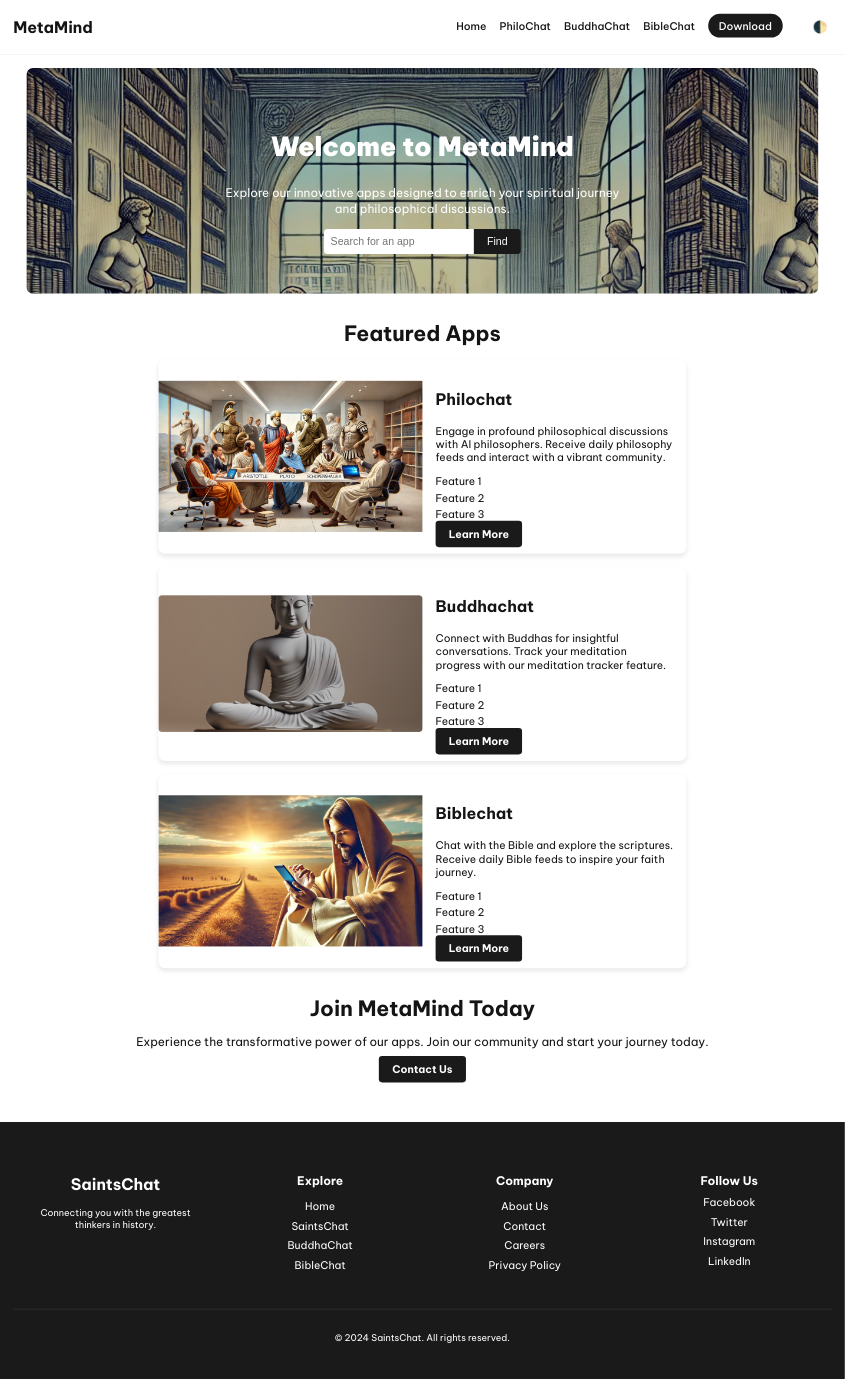
Repository: HSfac/EthosMindWeb
Page: /
An editor plug-in stored every save of this project. The page is shown before and after the next save, followed by the edit.
The browser window is 1280 px wide. The pictures show the whole page, at 66% of full size.
The project was rebuilt for these pictures with package versions that can differ from the ones it lists, and the page was loaded fresh each time. Also part of the build but not shown: src/pages/SaintsChat.css, src/pages/SaintsChat.jsx, src/pages/BuddhaChat.css, src/pages/BuddhaChat.jsx, src/pages/BibleChat.css, src/pages/BibleChat.jsx, src/pages/Download.css, src/pages/Download.jsx.

Above is the page before, as saved 2024-07-21 20:02:44.

### src/index.css
@import url('https://fonts.googleapis.com/css2?display=swap&family=Be+Vietnam+Pro:wght@400;500;700;900&family=Noto+Sans:wght@400;500;700;900');

body {
  font-family: "Be Vietnam Pro", "Noto Sans", sans-serif;
  margin: 0;
  padding: 0;
  box-sizing: border-box;
}

### src/App.jsx
import React from 'react';
import { BrowserRouter as Router, Route, Routes } from 'react-router-dom';
import Home from './pages/Home.jsx';
import SaintsChat from './pages/SaintsChat.jsx';
import BuddhaChat from './pages/BuddhaChat.jsx';
import BibleChat from './pages/BibleChat.jsx';
import Download from './pages/Download.jsx'; // Download 페이지를 추가합니다.
import Header from './components/Header.jsx';
import Footer from './components/Footer.jsx';

function App() {
  return (
    <Router>
      <Header />
      <Routes>
        <Route path="/" element={<Home />} />
        <Route path="/saintschat" element={<SaintsChat />} />
        <Route path="/buddhachats" element={<BuddhaChat />} />
        <Route path="/biblechats" element={<BibleChat />} />
        <Route path="/download" element={<Download />} /> {/* Download 페이지를 추가합니다. */}
      </Routes>
      <Footer />
    </Router>
  );
}

export default App;

### src/pages/Home.jsx
import React from 'react';
import './Home.css';
import { Link } from 'react-router-dom';
import heroImage from '../assets/images/hero-image.png';
import philochatScreenshot from '../assets/images/ph-image-dl.png';
import buddhachatScreenshot from '../assets/images/buddha-hero-image.png';
import biblechatScreenshot from '../assets/images/jesus-image-dl.png';

function Home() {
  return (
    <main className="home-main">
      {/* Hero Section */}
      <section className="home-hero" style={{ backgroundImage: `url(${heroImage})` }}>
        <div className="home-hero-content">
          <h1 className="home-hero-title">Welcome to MetaMind</h1>
          <p className="home-hero-description">Explore our innovative apps designed to enrich your spiritual journey and philosophical discussions.</p>
          <div className="home-hero-search">
            <input type="text" placeholder="Search for an app" />
            <button>Find</button>
          </div>
        </div>
      </section>

      {/* App Introduction Section */}
      <section id="home-app-introduction" className="home-app-introduction">
        <h2 className="home-section-title">Featured Apps</h2>
        <div className="home-app-cards">
          <div className="home-app-card">
            <img src={philochatScreenshot} alt="Philochat App Screenshot" className="home-app-image" />
            <div className="home-app-info">
              <h3 className="home-app-title">Philochat</h3>
              <p className="home-app-description">Engage in profound philosophical discussions with AI philosophers. Receive daily philosophy feeds and interact with a vibrant community.</p>
              <ul className="home-app-features">
                <li>Feature 1</li>
                <li>Feature 2</li>
                <li>Feature 3</li>
              </ul>
              <Link to="/saintschat" className="home-learn-more-button">Learn More</Link>
            </div>
          </div>

          <div className="home-app-card">
            <img src={buddhachatScreenshot} alt="Buddhachat App Screenshot" className="home-app-image" />
            <div className="home-app-info">
              <h3 className="home-app-title">Buddhachat</h3>
              <p className="home-app-description">Connect with Buddhas for insightful conversations. Track your meditation progress with our meditation tracker feature.</p>
              <ul className="home-app-features">
                <li>Feature 1</li>
                <li>Feature 2</li>
                <li>Feature 3</li>
              </ul>
              <Link to="/buddhachats" className="home-learn-more-button">Learn More</Link>
            </div>
          </div>

          <div className="home-app-card">
            <img src={biblechatScreenshot} alt="Biblechat App Screenshot" className="home-app-image" />
            <div className="home-app-info">
              <h3 className="home-app-title">Biblechat</h3>
              <p className="home-app-description">Chat with the Bible and explore the scriptures. Receive daily Bible feeds to inspire your faith journey.</p>
              <ul className="home-app-features">
                <li>Feature 1</li>
                <li>Feature 2</li>
                <li>Feature 3</li>
              </ul>
              <Link to="/biblechats" className="home-learn-more-button">Learn More</Link>
            </div>
          </div>
        </div>
      </section>

      {/* Call to Action Section */}
      <section className="home-cta-section">
        <h2 className="home-cta-title">Join MetaMind Today</h2>
        <p className="home-cta-description">Experience the transformative power of our apps. Join our community and start your journey today.</p>
        <div className="home-cta-buttons">
          <Link to="/contact" className="home-cta-button">Contact Us</Link>
        </div>
      </section>
    </main>
  );
}

export default Home;

### src/components/Header.jsx
import React from 'react';
import { Link } from 'react-router-dom';
import './Header.css';

function Header() {
  return (
    <header className="header">
      <h1 className="header-title">MetaMind</h1>
      <nav className="nav">
        <ul className="nav-list">
          <li className="nav-item"><Link to="/">Home</Link></li>
          <li className="nav-item"><Link to="/saintschat">PhiloChat</Link></li>
          <li className="nav-item"><Link to="/buddhachats">BuddhaChat</Link></li>
          <li className="nav-item"><Link to="/biblechats">BibleChat</Link></li>
          <li className="nav-item header-download-button"><Link to="/download">Download</Link></li>
          <li className="nav-item"><button className="toggle-button" onClick={() => document.body.classList.toggle('dark-mode')}>🌓</button></li>
        </ul>
      </nav>
    </header>
  );
}

export default Header;

### src/components/Footer.jsx
import React from 'react';
import { Link } from 'react-router-dom';
import './Footer.css';

function Footer() {
  return (
    <footer className="footer">
      <div className="footer-content">
        <div className="footer-section">
          <h2 className="footer-title">SaintsChat</h2>
          <p className="footer-description">Connecting you with the greatest thinkers in history.</p>
        </div>
        <div className="footer-section">
          <h3 className="footer-subtitle">Explore</h3>
          <ul className="footer-links">
            <li><Link to="/">Home</Link></li>
            <li><Link to="/saintschat">SaintsChat</Link></li>
            <li><Link to="/buddhachats">BuddhaChat</Link></li>
            <li><Link to="/biblechats">BibleChat</Link></li>
          </ul>
        </div>
        <div className="footer-section">
          <h3 className="footer-subtitle">Company</h3>
          <ul className="footer-links">
            <li><Link to="/about">About Us</Link></li>
            <li><Link to="/contact">Contact</Link></li>
            <li><Link to="/careers">Careers</Link></li>
            <li><Link to="/privacy">Privacy Policy</Link></li>
          </ul>
        </div>
        <div className="footer-section">
          <h3 className="footer-subtitle">Follow Us</h3>
          <div className="footer-social">
            <a href="https://facebook.com" target="_blank" rel="noopener noreferrer">Facebook</a>
            <a href="https://twitter.com" target="_blank" rel="noopener noreferrer">Twitter</a>
            <a href="https://instagram.com" target="_blank" rel="noopener noreferrer">Instagram</a>
            <a href="https://linkedin.com" target="_blank" rel="noopener noreferrer">LinkedIn</a>
          </div>
        </div>
      </div>
      <div className="footer-bottom">
        <p>&copy; 2024 SaintsChat. All rights reserved.</p>
      </div>
    </footer>
  );
}

export default Footer;

### src/pages/Home.css
.home-main {
  padding: 20px 40px;
}

.home-hero {
  background: linear-gradient(rgba(0, 0, 0, 0.1) 0%, rgba(0, 0, 0, 0.4) 100%), center/cover no-repeat;
  color: white;
  text-align: center;
  padding: 60px 20px;
  border-radius: 10px;
  margin-bottom: 40px;
}

.home-hero-content {
  max-width: 600px;
  margin: 0 auto;
}

.home-hero-title {
  font-size: 40px;
  font-weight: 900;
}

.home-hero-description {
  font-size: 18px;
  margin: 10px 0;
}

.home-hero-search {
  display: flex;
  justify-content: center;
  margin-top: 20px;
}

.home-hero-search input {
  padding: 10px;
  font-size: 16px;
  border: none;
  border-radius: 5px 0 0 5px;
  outline: none;
}

.home-hero-search button {
  padding: 10px 20px;
  font-size: 16px;
  border: none;
  background-color: #1a1a1a;
  color: white;
  border-radius: 0 5px 5px 0;
  cursor: pointer;
}

.home-app-introduction {
  margin: 40px 0;
}

.home-section-title {
  font-size: 32px;
  font-weight: bold;
  text-align: center;
  margin-bottom: 20px;
}

.home-app-cards {
  display: flex;
  flex-direction: column;
  align-items: center;
  gap: 20px;
}

.home-app-card {
  display: flex;
  align-items: center;
  background-color: white;
  border-radius: 10px;
  box-shadow: 0 4px 8px rgba(0, 0, 0, 0.1);
  max-width: 800px;
  width: 100%;
  overflow: hidden;
}

.home-app-image {
  width: 50%;
  object-fit: cover;
}

.home-app-info {
  padding: 20px;
  width: 50%;
}

.home-app-title {
  font-size: 24px;
  font-weight: bold;
}

.home-app-features {
  list-style: none;
  padding: 0;
  margin: 10px 0;
}

.home-app-features li {
  font-size: 16px;
  margin-bottom: 5px;
}

.home-learn-more-button {
  background-color: #1a1a1a;
  color: white;
  padding: 10px 20px;
  border: none;
  border-radius: 5px;
  cursor: pointer;
  font-size: 16px;
  font-weight: bold;
  text-decoration: none;
}

.home-cta-section {
  margin: 40px 0;
  text-align: center;
}

.home-cta-title {
  font-size: 32px;
  font-weight: bold;
  margin-bottom: 20px;
}

.home-cta-description {
  font-size: 18px;
  margin: 10px 0;
}

.home-cta-buttons {
  display: flex;
  justify-content: center;
  gap: 10px;
}

.home-cta-button {
  background-color: #1a1a1a;
  color: white;
  padding: 10px 20px;
  border: none;
  border-radius: 5px;
  cursor: pointer;
  font-size: 16px;
  font-weight: bold;
  text-decoration: none;
}

### src/components/Header.css
.header {
  display: flex;
  justify-content: space-between;
  align-items: center;
  padding: 10px 20px;
  border-bottom: 1px solid #ededed;
}

.header-title {
  font-size: 24px;
  font-weight: bold;
}

.nav {
  display: flex;
}

.nav-list {
  display: flex;
  list-style: none;
  margin: 0;
  padding: 0;
}

.nav-item {
  margin-left: 20px;
}

.nav-item a {
  text-decoration: none;
  color: var(--text-color);
  font-weight: 500;
}

.header-download-button a {
  padding: 8px 16px;
  border-radius: 20px;
  background-color: #1a1a1a;
  color: white;
}

.toggle-button {
  background: none;
  border: none;
  font-size: 18px;
  cursor: pointer;
  margin-left: 20px;
}

:root {
  --bg-color: white;
  --text-color: #141414;
}

.dark-mode {
  --bg-color: #141414;
  --text-color: white;
}

body {
  background-color: var(--bg-color);
  color: var(--text-color);
  transition: background-color 0.3s, color 0.3s;
}

### src/components/Footer.css
.footer {
  background-color: #1a1a1a;
  color: white;
  padding: 40px 20px;
  text-align: center;
}

.footer-content {
  display: flex;
  flex-wrap: wrap;
  justify-content: space-around;
  margin-bottom: 20px;
}

.footer-section {
  flex: 1;
  min-width: 200px;
  margin: 20px;
}

.footer-title {
  font-size: 24px;
  font-weight: bold;
}

.footer-description {
  font-size: 14px;
}

.footer-subtitle {
  font-size: 18px;
  font-weight: bold;
  margin-bottom: 10px;
}

.footer-links {
  list-style: none;
  padding: 0;
}

.footer-links li {
  margin-bottom: 10px;
}

.footer-links a {
  text-decoration: none;
  color: white;
}

.footer-social a {
  display: block;
  margin-bottom: 10px;
  text-decoration: none;
  color: white;
}

.footer-bottom {
  border-top: 1px solid #333;
  padding-top: 20px;
  font-size: 14px;
}

Loaded but not shown: public/index.html (common file); src/index.js (common file)

After the next save:
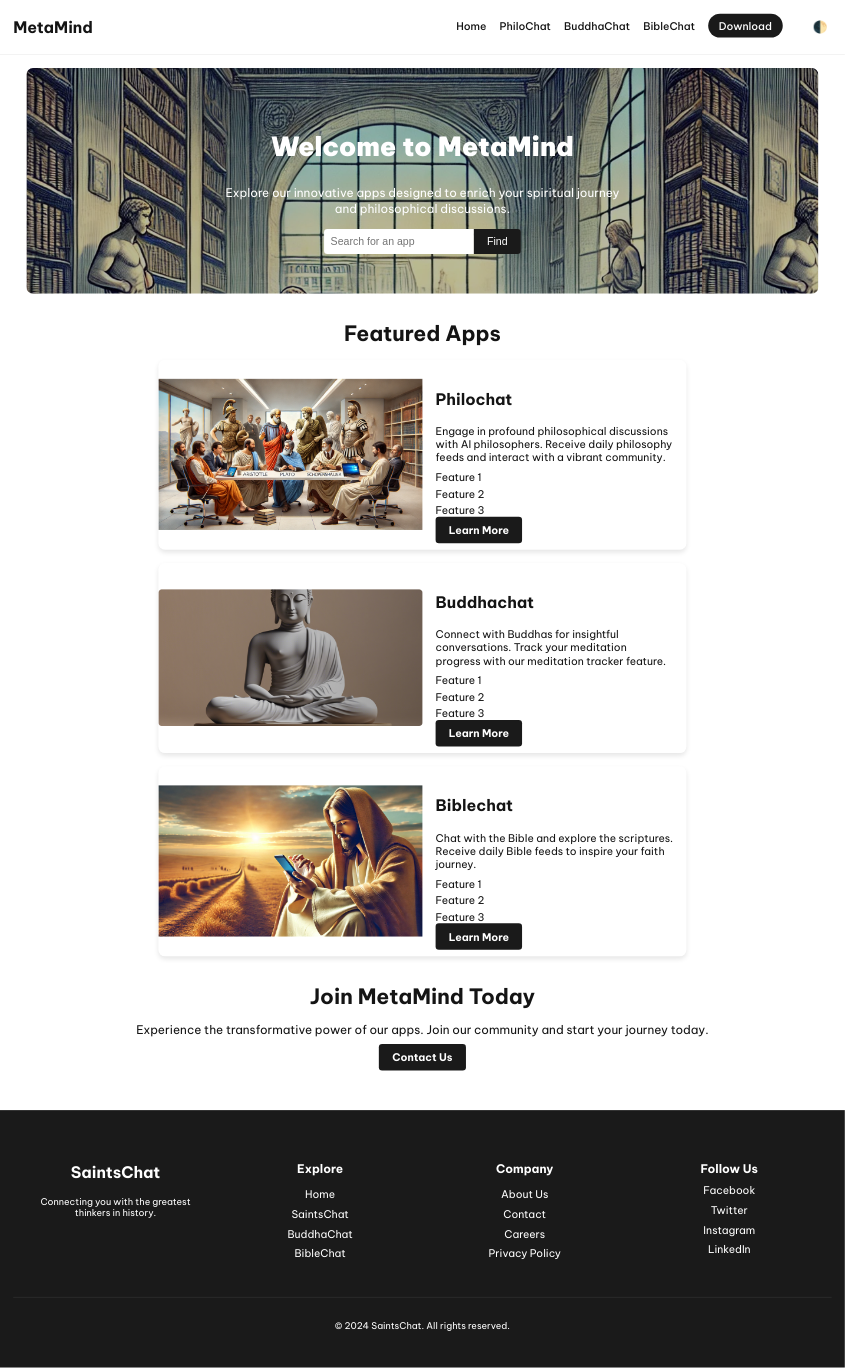
Saved 5 s later.
--- a/src/pages/Home.css
+++ b/src/pages/Home.css
@@ -94,6 +94,11 @@
   font-weight: bold;
 }
 
+.home-app-description {
+  font-size: 16px;
+  margin: 10px 0;
+}
+
 .home-app-features {
   list-style: none;
   padding: 0;
